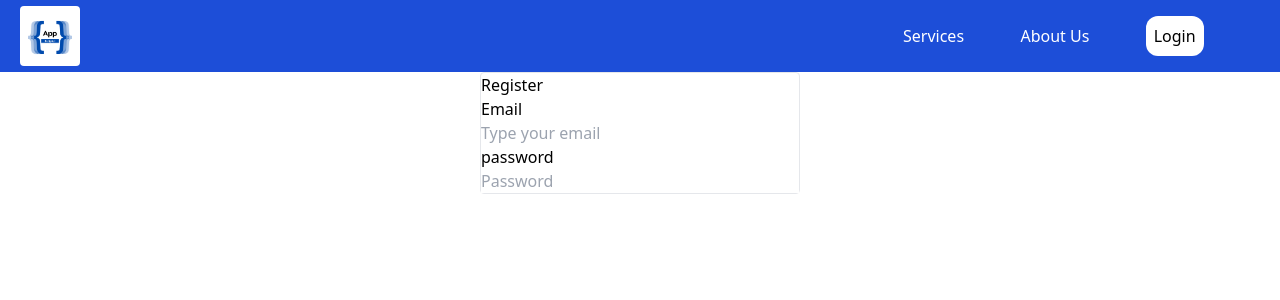
Repository: Cotizacionact/appscriptersvelte
Page: /Auth
An editor plug-in stored every save of this project. The page is shown before and after the next save, followed by the edit.
The browser window is 1280 px wide. The pictures show the whole page.
The page's requests for data from a server got no answer. The project was rebuilt for these pictures with package versions that can differ from the ones it lists, and the page was loaded fresh each time. The framework's server and built-in components were replaced by stand-ins that run in the browser. No one was signed in, and anything a server would have sent is missing. Also part of the build but not shown: svelte.config.js, vite.config.ts.

Above is the page before, as saved 2023-08-20 02:11:01.

### src/routes/+layout.svelte
<script>
	import PublicNav from "$lib/Public/Navegation/PublicNav.svelte";
    import "../app.css";
</script>
<PublicNav></PublicNav>
  <slot />

### src/routes/Auth/+page.svelte
<script lang="ts">
	import Register from "./register.svelte";
    import type {Component} from "$lib"

    let state:number = 0

    let StateHandler:{[key:number]:Component} = {
        0:Register
    }
</script>

<svelte:component this={StateHandler[state]}></svelte:component>

### src/routes/Auth/+page.server.ts
import { supabase } from "../../supabaseClient";
import { fail, redirect, type Actions } from "@sveltejs/kit";
import { AuthApiError } from "@supabase/supabase-js";




export const actions: Actions = {
    register:async ({request,locals})=>{
        const body = Object.fromEntries(await request.formData())
        const {data,error:err} = await supabase.auth.signUp({
            email:body.email as string,
            password:body.password as string
        })

        if(err){
            if(err instanceof AuthApiError && err.status === 400){
                return fail(400,{
                    error:"Invalid email or password"
                })
            }
            return fail(500, {error:"Server error. Please try again later."})
        }
        throw redirect(303, "/Private")
    }
};

### src/lib/Public/Navegation/PublicNav.svelte
<script>
    let show = false

</script>

<header class="w-full flex items-center justify-between bg-[#1d4ed8] p-5 h-[10vh]">
    <img src="/Images/Logo_Original.png" width={60} class="rounded bg-white p-2" alt="Logo"/>
    <div class=" hidden sm:flex w-1/3 justify-evenly text-white items-center">
        <p>Services</p>
        <p>About Us</p>
        <p class="bg-white text-black p-2 rounded-xl">Login</p>
    </div>
    <div class="space-y-2 border p-2 rounded sm:hidden">
      <div class="w-8 h-1 bg-white"></div>
      <div class="w-8 h-1 bg-white"></div>
      <div class="w-8 h-1 bg-white"></div>
    </div>
    {#if show=== true}
    <div class="absolute w-1/3 bg-white border right-0 bottom-[-100%] rounded p-2">
      <p class="border-b text-center hover:bg-gray-200 hover:rounded">Services</p>
      <p class="border-b text-center hover:bg-gray-200 hover:rounded">About Us</p>
      <p class="text-center bg-green-500 hover:bg-green-700 rounded font-bold text-white">Login</p>
    </div>
   {/if}
</header>

### src/routes/Auth/register.svelte
<script lang="ts">

</script>

<main class="flex justify-center">
    <form action="?/register" method="POST" class="flex flex-col md:w-1/4 border rounded">
        <h1>Register</h1>
        <label for="email">Email</label>
        <input type="text" name="email" id="email" placeholder="Type your email"/>
        <label for="password">password</label>
        <input type="password" name="password" id="password" placeholder="Password"/>
    </form>
</main>

### src/supabaseClient.ts

import { PUBLIC_SUPABASE_ANON_KEY, PUBLIC_SUPABASE_URL } from '$env/static/public'
import { createClient } from '@supabase/supabase-js'

// Create a single supabase client for interacting with your database
export const supabase = createClient(PUBLIC_SUPABASE_URL, PUBLIC_SUPABASE_ANON_KEY)

Loaded but not shown: src/app.html (common file); src/app.css (common file); tailwind.config.js (common file)

After the next save:
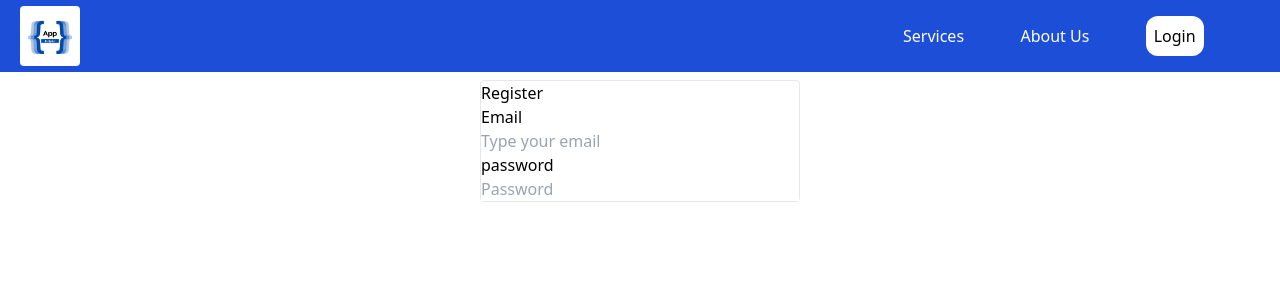
Saved 16 s later.
--- a/src/routes/Auth/register.svelte
+++ b/src/routes/Auth/register.svelte
@@ -3,7 +3,7 @@
 </script>
 
 <main class="flex justify-center">
-    <form action="?/register" method="POST" class="flex flex-col md:w-1/4 border rounded">
+    <form action="?/register" method="POST" class="flex flex-col md:w-1/4 border rounded my-2">
         <h1>Register</h1>
         <label for="email">Email</label>
         <input type="text" name="email" id="email" placeholder="Type your email"/>
